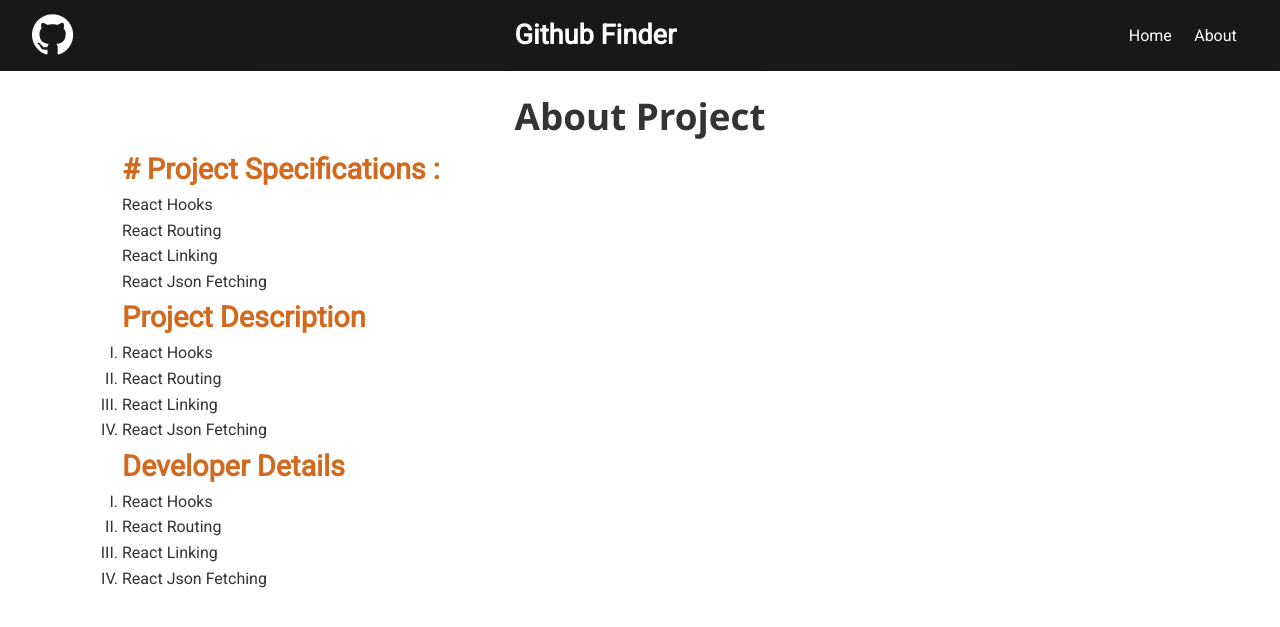
Repository: hemantsaini-7/ReactHooks-GitHub-Clone
Page: /about
These files come from the project's save history. The page is drawn as it stood at one moment and after the next save; the edit follows.
The browser window is 1280 px wide. The pictures show the whole page.
The project was rebuilt for these pictures with package versions that can differ from the ones it lists, and the page was loaded fresh each time. Also part of the build but not shown: src/components/users/UserItem.js, src/components/layout/Spinner.js, src/components/users/Users.js, src/components/repos/RepoItem.js, src/components/repos/Repos.js, src/components/users/User.js, src/components/users/Search.js, src/components/layout/Alert.js.

Above is the page before, as saved 2020-08-06 10:11:05.

After the next save:
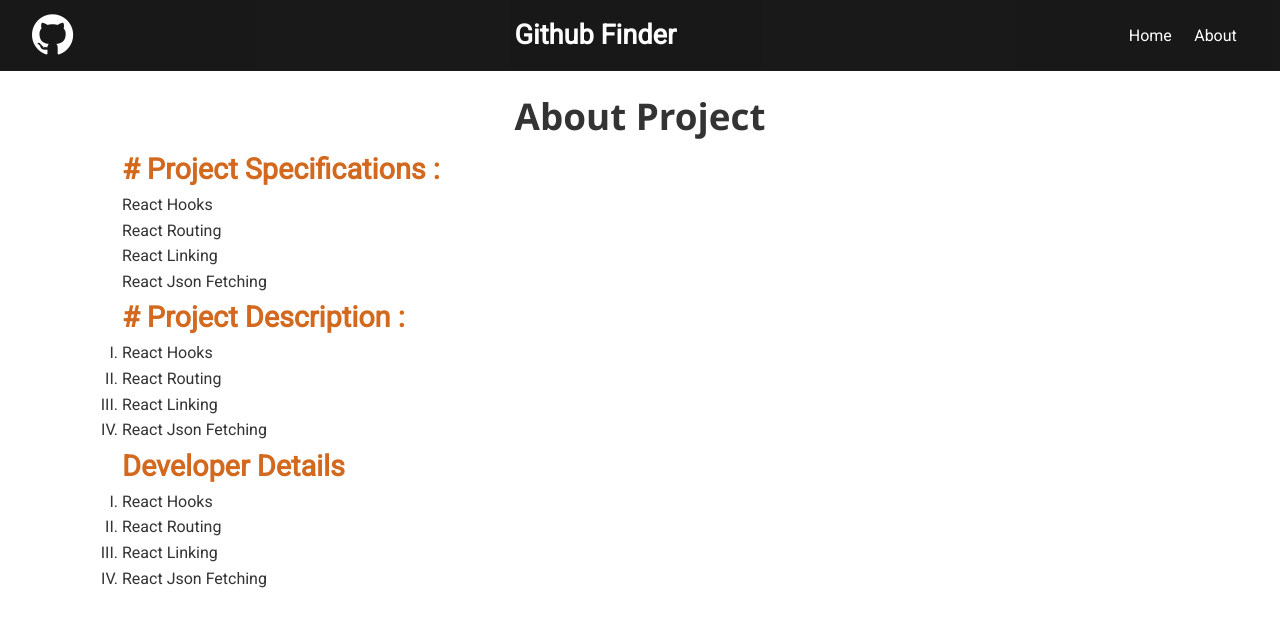
Saved 11 s later.
--- a/src/components/pages/About.js
+++ b/src/components/pages/About.js
@@ -14,7 +14,7 @@
         </ul>
       </div>
       <div className='content-div'>
-        <h1 className='content-head'>Project Description</h1>
+        <h1 className='content-head'># Project Description :</h1>
         <ol type='I'>
           <li>React Hooks</li>
           <li>React Routing</li>
